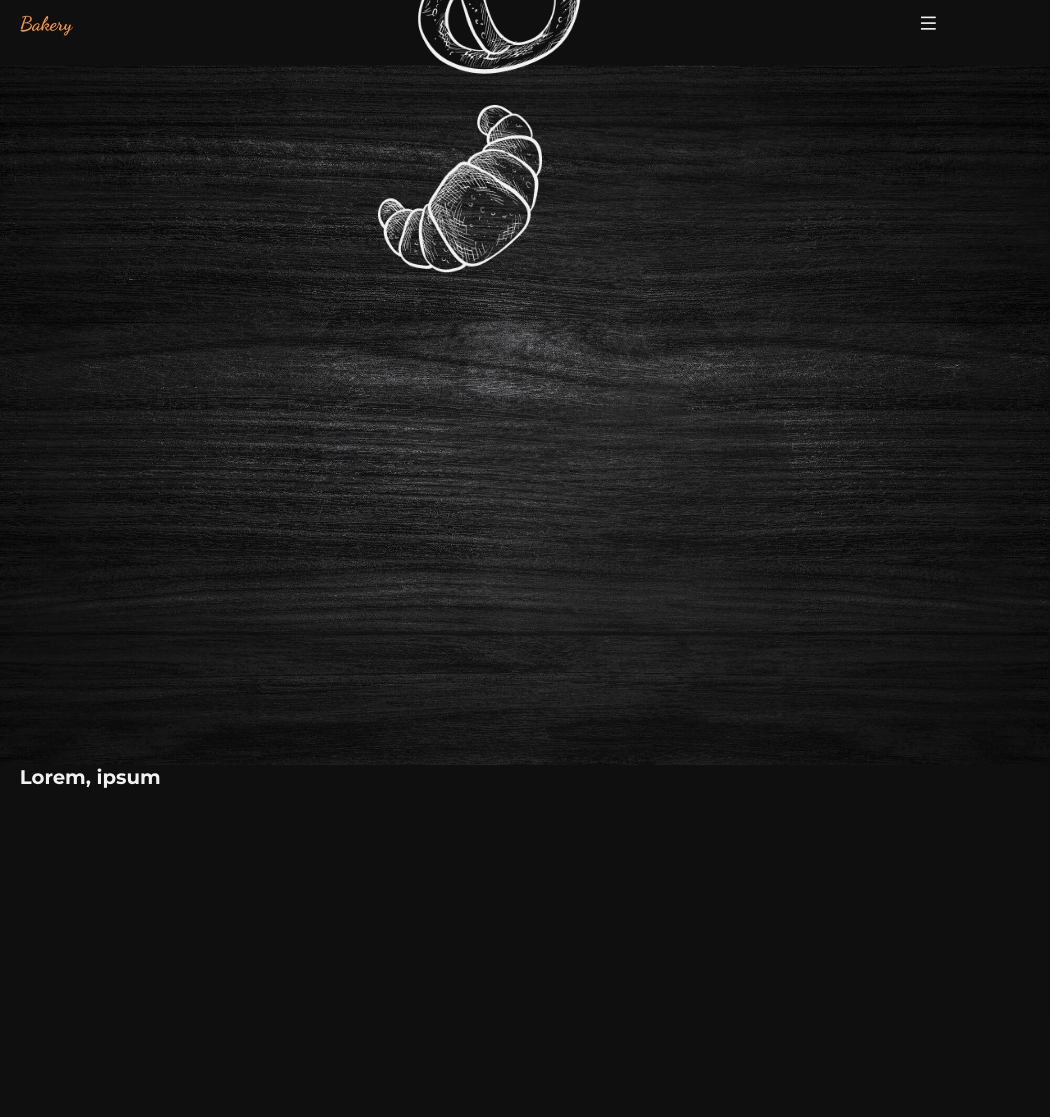
Repository: dinhhaidh/Bakery-web
Page: index.html
These files come from the project's save history. The page is drawn as it stood at one moment and after a run of saves; the edit follows.
The browser window is 1280 px wide. The pictures show the whole page, at 82% of full size.
Some web libraries are served in a nearby version.

Above is the page before, as saved 2024-01-15 20:55:34.

### index.html
<!DOCTYPE html>
<html lang="en">
  <head>
    <meta charset="UTF-8" />
    <meta name="viewport" content="width=device-width, initial-scale=1.0" />

    <!--=============== FAVICON ===============-->
    <link rel="shortcut icon" href="assets/img/favicon.png" type="image/x-icon"/>
    <!--=============== REMIXICONS ===============-->
    <link rel="stylesheet"  href="https://cdnjs.cloudflare.com/ajax/libs/remixicon/3.7.0/remixicon.css"/>
    <!--=============== CSS ===============-->
    <link rel="stylesheet" href="./css/style.css"/>

    <title>Responsive bakery website - Bedimcode</title>
  </head>
  <body>
    <!--==================== HEADER ====================-->
    <header class="header" id="header">
        <nav class="nav container">
            <a href="#" class="nav__logo">Bakery</a>
            <div class="nav__menu" id="nav-menu">
                <ul class="nav__list">
                    <li class="nav__item">
                        <a href="#home" class="nav__link">Home</a>
                    </li>
                    <li class="nav__item">
                        <a href="#new" class="nav__link">News</a>
                    </li>
                    <li class="nav__item">
                        <a href="#about" class="nav__link">About Us</a>
                    </li>
                    <li class="nav__item">
                        <a href="#favorite" class="nav__link">Favorites</a>
                    </li>
                    <li class="nav__item">
                        <a href="#visit" class="nav__link">Location</a>
                    </li>
                </ul>
                <div class="nav__close" id="nav-close">
                    <i class="ri-close-line"></i>
                </div>

                <img src="./img/bread-4.png" alt="image" class="nav__img-1">
                <img src="./img/bread-1.png" alt="image" class="nav__img-2">
            </div>

            <!-- toggle button -->
            <div class="nav__toggle" id="nav-toggle">
                <i class="ri-menu-line"></i>
            </div>
        </nav>
    </header>

    <!--==================== MAIN ====================-->
    <main class="main">
      <!--==================== HOME ====================-->
      <section class="home section" id="home">
        <img src="./img/home-bg.jpg" alt="image" class="home__bg">
        <div class="home__shadow"></div>
        <div class="home__container container grid">
            <div class="home__data">
                <h1 class="home-title">
                    Lorem, ipsum <dolor class="br"></dolor>
                </h1>
            </div>
        </div>
      </section>

      <!--==================== NEWS ====================-->
      <section class="new section" id="new"></section>

      <!--==================== ABOUT ====================-->
      <section class="about section" id="about"></section>

      <!--==================== FAVORITES ====================-->
      <section class="favorite section" id="favorite"></section>

      <!--==================== VISIT ====================-->
      <section class="visit section" id="visit"></section>
    </main>

    <!--==================== FOOTER ====================-->
    <footer class="footer"></footer>

    <!--========== SCROLL UP ==========-->

    <!--=============== SCROLLREVEAL ===============-->
    <script src="./js/scrollreveal.min.js"></script>
    <script src="https://code.jquery.com/jquery-3.7.1.min.js" integrity="sha256-/JqT3SQfawRcv/BIHPThkBvs0OEvtFFmqPF/lYI/Cxo=" crossorigin="anonymous"></script>

    <!--=============== MAIN JS ===============-->
    <script src="./js/main.js"></script>
  </body>
</html>

### css/style.css
/*=============== GOOGLE FONTS ===============*/
@import url("https://fonts.googleapis.com/css2?family=Dancing+Script:wght@700&family=Montserrat:wght@400;600;700&display=swap");

/*=============== VARIABLES CSS ===============*/
:root {
    --header-height: 3.5rem;

    /*========== Colors ==========*/
    /*Color mode HSL(hue, saturation, lightness)*/
    --first-color: hsl(28, 88%, 62%);
    --first-color-alt: hsl(28, 84%, 58%);
    --title-color: hsl(0, 0%, 95%);
    --text-color: hsl(0, 0%, 75%);
    --text-color-light: hsl(0, 0%, 65%);
    --black-color: hsl(0, 0%, 6%);
    --body-color: hsl(0, 0%, 6%);
    --container-color: hsl(0, 0%, 10%);

    /*========== Font and typography ==========*/
    /*.5rem = 8px | 1rem = 16px ...*/
    --body-font: "Montserrat", sans-serif;
    --second-font: "Dancing Script", cursive;
    --biggest-font-size: 3rem;
    --bigger-font-size: 2rem;
    --h1-font-size: 1.5rem;
    --h2-font-size: 1.25rem;
    --h3-font-size: 1rem;
    --normal-font-size: .938rem;
    --small-font-size: .813rem;

    /*========== Font weight ==========*/
    --font-regular: 400;
    --font-semi-bold: 600;
    --font-bold: 700;

    /*========== z index ==========*/
    --z-tooltip: 10;
    --z-fixed: 100;
}

/*========== Responsive typography ==========*/
@media screen and (min-width: 1150px) {
    :root {
        --biggest-font-size: 5rem;
        --bigger-font-size: 3rem;
        --h1-font-size: 2.25rem;
        --h2-font-size: 1.5rem;
        --h3-font-size: 1.25rem;
        --normal-font-size: 1rem;
        --small-font-size: .875rem;
    }
}

/*=============== BASE ===============*/
* {
    box-sizing: border-box;
    padding: 0;
    margin: 0;
}

html {
    scroll-behavior: smooth;
}

body,
button {
    font-family: var(--body-font);
    font-size: var(--normal-font-size);
}

body {
    background-color: var(--body-color);
    color: var(--text-color);
}

button {
    border: none;
    outline: none;
}

h1,
h2,
h3,
h4 {
    color: var(--title-color);
    font-weight: var(--font-bold);
}

ul {
    list-style: none;
}

a {
    text-decoration: none;
}

img {
    display: block;
    max-width: 100%;
    height: auto;
}

/*=============== REUSABLE CSS CLASSES ===============*/
.container {
    max-width: 1120px;
    margin-inline: 1.5rem;
}

.grid {
    display: grid;
    gap: 1.5rem;
}

.section {
    padding-block: 5rem 1rem;
}

.section__title {
    font-size: var(--bigger-font-size);
    font-family: var(--second-font);
    margin-bottom: 1.5rem;
    text-align: center;
}

.main {
    overflow: hidden;
    /* For animation ScrollReveal */
}

/*=============== HEADER & NAV ===============*/
.header{
    position: fixed;
    width: 100%;
    top: 0;
    left: 0;
    background-color: transparent;
    z-index: var(--z-fixed);
}
.nav{
    position: relative;
    height: var(--header-height);
    display: flex;
    justify-content: space-between;
    align-items: center;
}
.nav__logo{
    color: var(--first-color);
    font-size: var(--h2-font-size);
    font-family: var(--second-font);
    transition: color .4s;
}
.nav__logo:hover{
    color: var(--first-color-alt);
}
.nav__close,
.nav__toggle{
    font-size: 1.5rem;
    color: var(--title-color);
    cursor: pointer;
}

/* Navigation for mobile devices */
/* responsive */
@media screen and (max-width: 1150px) {
    .nav__menu{
        position: fixed;
        top: 0;
        right: -100%;
        background-color: hsla(0,0%,6%, .2);
        backdrop-filter: blur(16px);
        -webkit-backdrop-filter: blur(16px);
        width: 80%;
        height: 100%;
        padding: 6rem 3rem 0;
        transition: right .4s;
    }
    .nav__list{
        display: flex;
        flex-direction: column;
        row-gap: 2.5rem;
    }
    .nav__link{
        color: var(--title-color);
        font-weight: var(--font-semi-bold);
        transition: color .4s;
    }
    .nav__link:hover{
        color: var(--first-color);
    }
    .nav__close,
    .nav__img-1,
    .nav__img-2{
        position: absolute;
    }
    .nav__close{
        top: 1rem;
        right: 1.5rem;
    }
    .nav__img-1{
        width: 80px;
        top: 11rem;
        right: 0.75rem;
    }
    .nav__img-2{
        width: 60px;
        top: 28rem;
        left: 6rem;
    }
}

/* Show menu */
.show-menu{
    right: 0;
}

/* Add blur header */


/* Active link */


/*=============== HOME ===============*/


/*=============== BUTTON ===============*/


/*=============== NEW ===============*/


/*=============== ABOUT ===============*/


/*=============== FAVORITES ===============*/


/*=============== VISIT ===============*/


/*=============== FOOTER ===============*/


/*=============== SCROLL BAR ===============*/


/*=============== SCROLL UP ===============*/


/* Show Scroll Up */


/*=============== BREAKPOINTS ===============*/
/* For small devices */


/* For medium devices */


/* For large devices */

Loaded but not shown: js/scrollreveal.min.js (library); js/main.js (no copy from this time; the picture is the same without it)

After the next 12 saves:
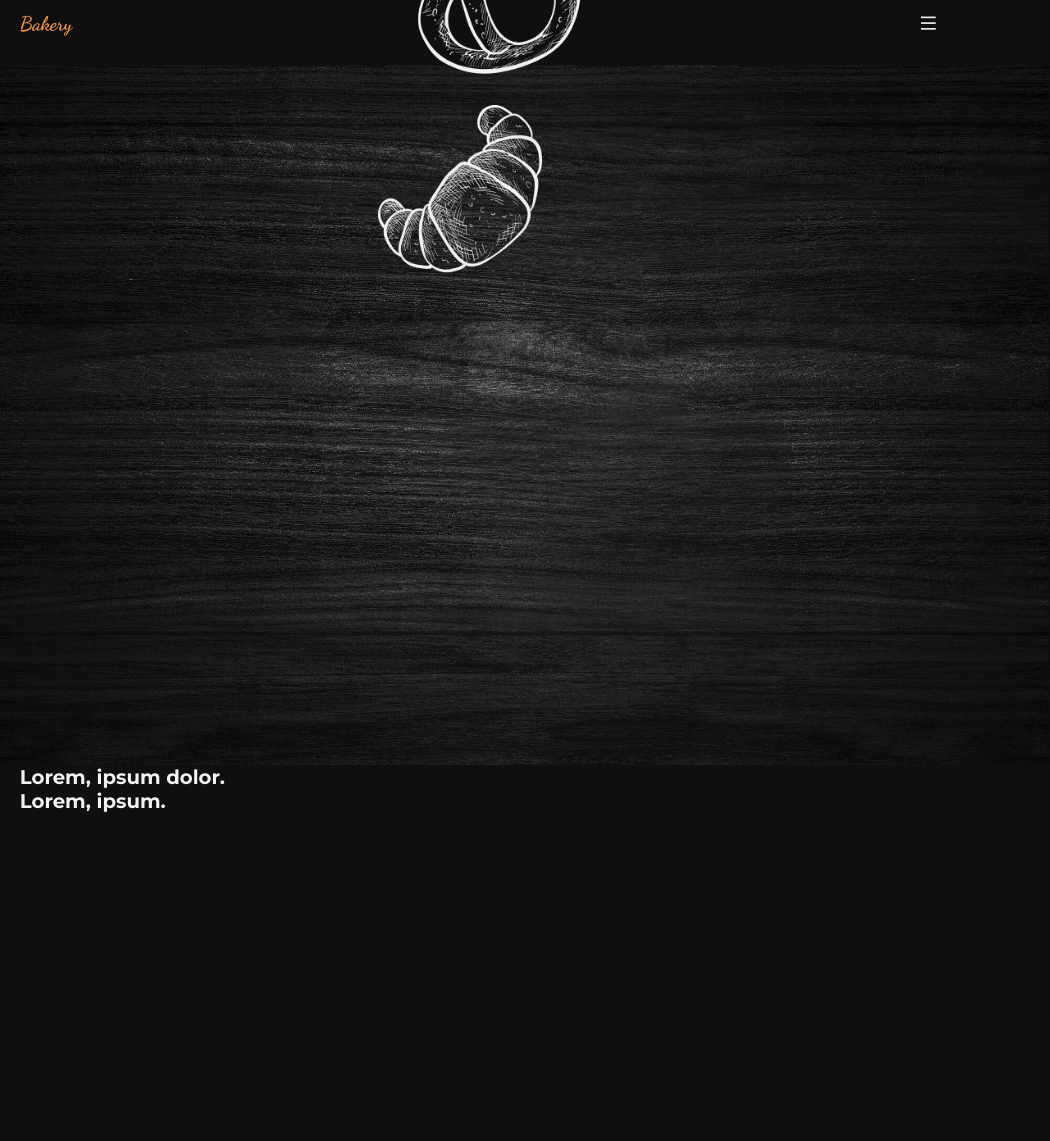
The 12 saves are shown as one change because they came seconds apart.
The last was saved 29 s later.
--- a/index.html
+++ b/index.html
@@ -60,8 +60,9 @@
         <div class="home__container container grid">
             <div class="home__data">
                 <h1 class="home-title">
-                    Lorem, ipsum <dolor class="br"></dolor>
+                    Lorem, ipsum dolor. <br> Lorem, ipsum.
                 </h1>
+                <a href="#" class="button"></a>
             </div>
         </div>
       </section>
